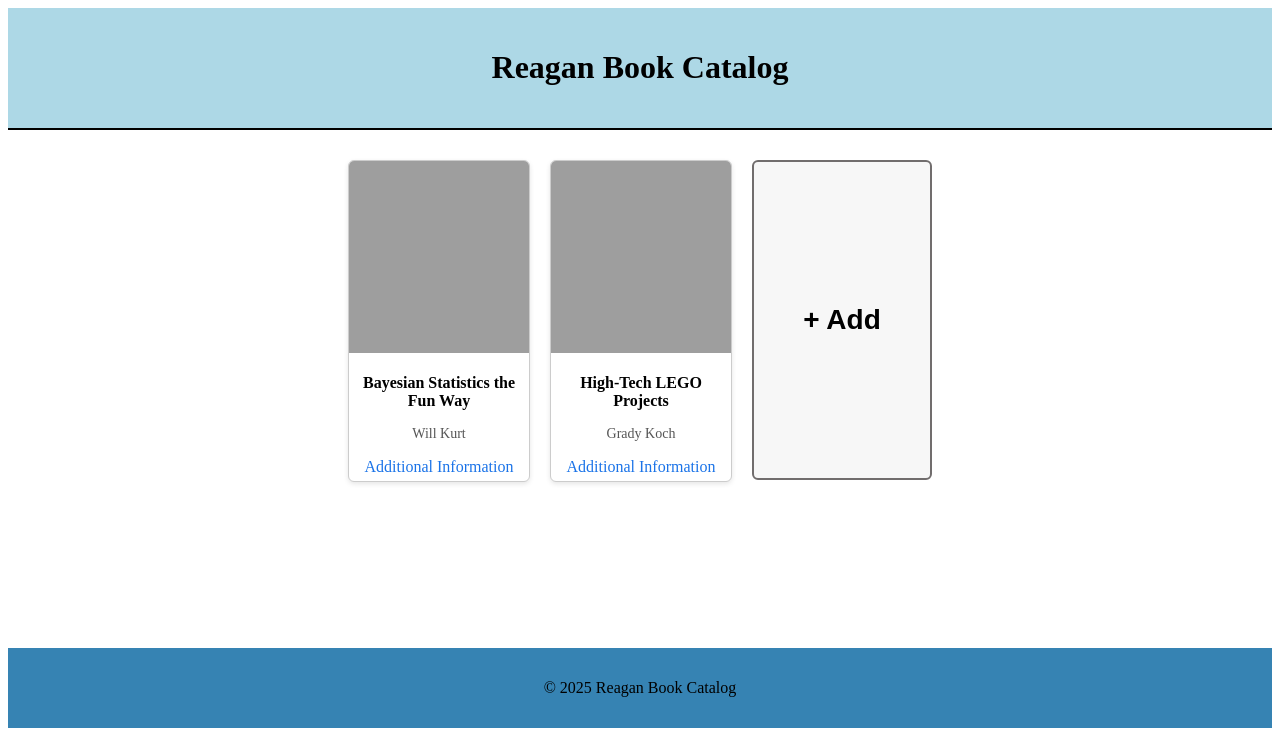
Repository: antyc0817/COMP-3170-Assignment-2-Reagan
Page: /
These files come from the project's save history. The page is drawn as it stood at one moment and after the next save; the edit follows.
The browser window is 1280 px wide. The pictures show the whole page.
Pictures or frames that could not be fetched are drawn as grey boxes. The project was rebuilt for these pictures with package versions that can differ from the ones it lists, and the page was loaded fresh each time. Also part of the build but not shown: vite.config.js, src/index.css.

Above is the page before, as saved 2025-09-11 18:38:51.

### index.html
<!DOCTYPE html>
<html lang="en">
    <head>
        <meta charset="UTF-8" />
        <meta
            name="viewport"
            content="width=device-width, initial-scale=1.0" />
        <title>Reagan's Book Catalog</title>
    </head>
    <body>
        <div id="root"></div>
        <script
            type="module"
            src="/src/main.jsx"></script>
    </body>
</html>

### src/App.jsx
import "./App.css";
import Book from "./book.jsx";

function App() {
    return (
        <div id='app-container'>
            <header>
                <h1>Reagan Book Catalog</h1>
            </header>

            <main className='content'>
                <Book
                    image='https://itbook.store/img/books/9781593279561.png'
                    title='Bayesian Statistics the Fun Way'
                    authors='Will Kurt'
                    link='https://itbook.store/books/9781593279561'
                />
                <Book
                    image='https://itbook.store/img/books/9781718500259.png'
                    title='High-Tech LEGO Projects'
                    authors='Grady Koch'
                    link='https://itbook.store/books/9781718500259'
                />
                <button className='add-button'>+ Add</button>
            </main>

            <footer>
                <p>© 2025 Reagan Book Catalog</p>
            </footer>
        </div>
    );
}

export default App;

### src/App.css
#app-container {
    display: flex;
    flex-direction: column;
    min-height: 100vh;
}
header {
    text-align: center;
    background-color: lightblue;
    padding: 20px;
    border-bottom: 2px solid #000;
}

footer {
    text-align: center;
    padding: 15px;
    background-color: #3683b3;
    margin-top: auto;
}

:root {
    --book-w: 180px;
    --book-h: 320px;
}

.content {
    display: flex;
    justify-content: center;
    gap: 20px;
    padding: 30px;
}

.book {
    width: var(--book-w);
    height: var(--book-h);
    border: 1px solid #ccc;
    border-radius: 6px;
    overflow: hidden; /* Ensure content doesn't overflow the rounded corners */
    display: flex;
    flex-direction: column;
    justify-content: space-between;
    background-color: #fff;
    box-shadow: 0 2px 5px rgba(0, 0, 0, 0.1);
}

.book__img {
    width: 100%;
    height: 60%;
    object-fit: cover;
}

/*
remove the fixed height and width
use align-content for container that holds the book information
*/

.book__title {
    font-size: 16px;
    margin: 10px 0 5px;
    text-align: center;
}

.book p {
    margin: 0 0 5px 0;
    font-size: 14px;
    text-align: center;
    color: #555;
}

.book a {
    text-decoration: none; /*Remove underline on the additional information */
    color: #1a73e8;
    text-align: center;
    display: block;
    margin-bottom: 5px;
    font-weight: 500;
}

.book:hover {
    transform: scale(1.05);
    box-shadow: 0 5px 15px rgba(0, 0, 0, 0.2); /* Make shadow appear on hover */
    transition: transform 0.2s ease, box-shadow 0.2s ease; /* Make it transition smooth for transform and shadow */
}

.add-button {
    width: var(--book-w);
    height: var(--book-h);
    display: flex;
    align-items: center;
    border-radius: 6px;
    justify-content: center;
    font-size: 28px;
    font-weight: bold;
    border: 2px solid #716d6d;
    background-color: #f7f7f7;
    transition: transform 0.2s ease, box-shadow 0.2s ease;
}

.add-button:hover {
    transform: scale(1.05);
    box-shadow: 0 5px 15px rgba(0, 0, 0, 0.2);
}

### src/book.jsx
function Book({ image, title, authors, link }) {
    return (
        <div className='book'>
            <img
                className='book__img'
                src={image}
                alt={title}
            />
            <h3 className='book__title'>{title}</h3>
            <p>{authors}</p>
            <a
                href={link}
                target='_blank'>
                Additional Information
            </a>
        </div>
    );
}

export default Book;

Loaded but not shown: src/main.jsx (common file)

After the next save:
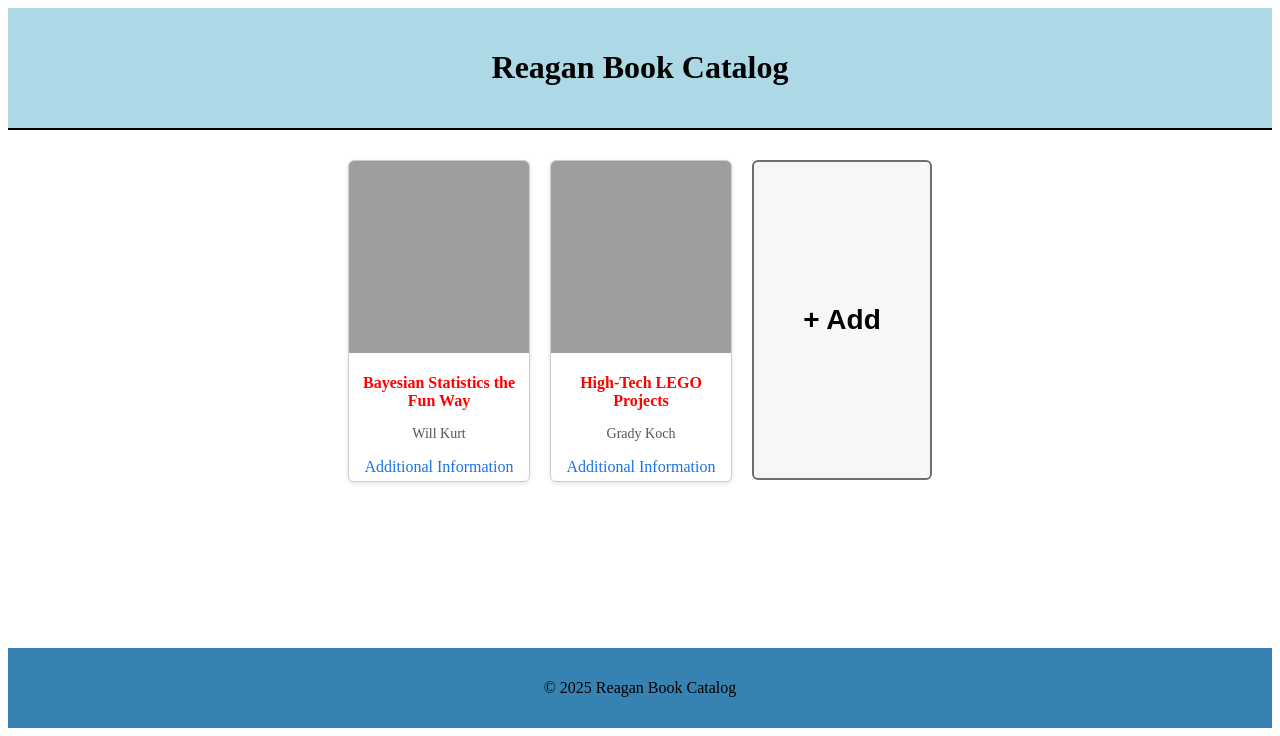
Saved 101 s later.
--- a/src/App.css
+++ b/src/App.css
@@ -57,6 +57,7 @@
     font-size: 16px;
     margin: 10px 0 5px;
     text-align: center;
+    color: red;
 }
 
 .book p {

After the save that followed:
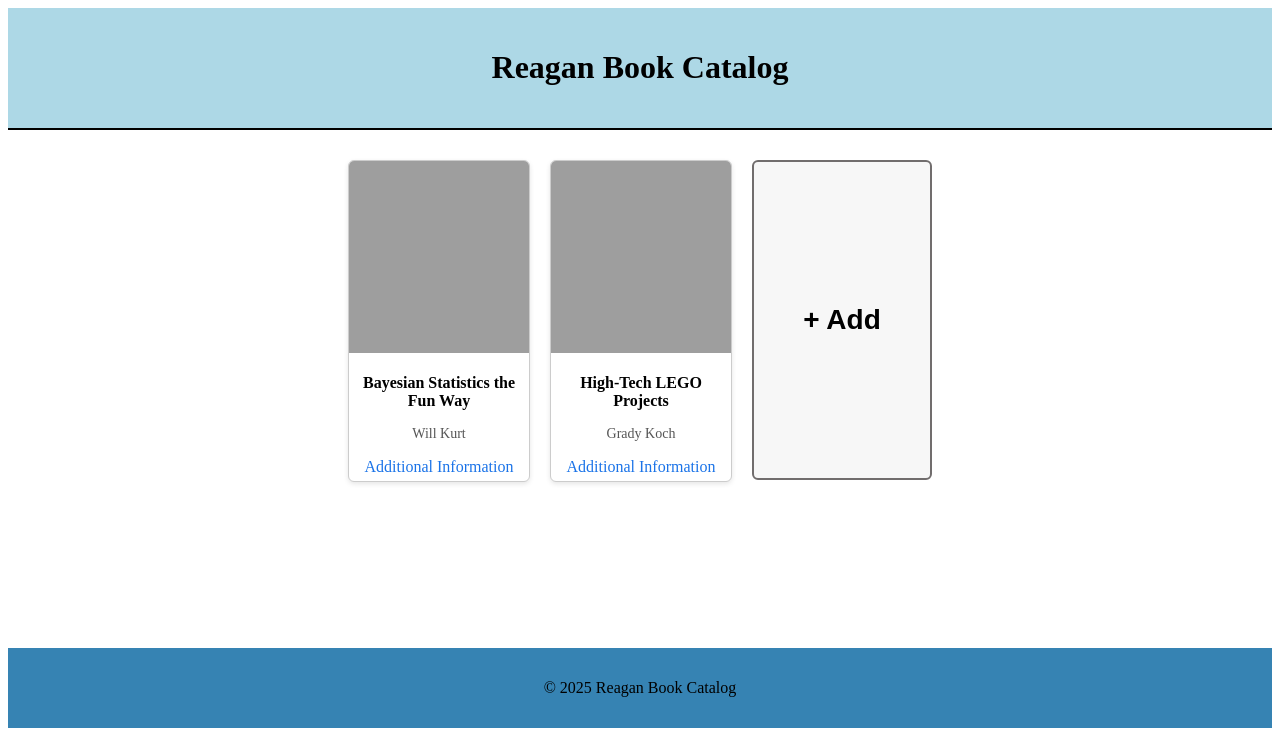
Saved 6 s later.
--- a/src/App.css
+++ b/src/App.css
@@ -57,7 +57,6 @@
     font-size: 16px;
     margin: 10px 0 5px;
     text-align: center;
-    color: red;
 }
 
 .book p {
